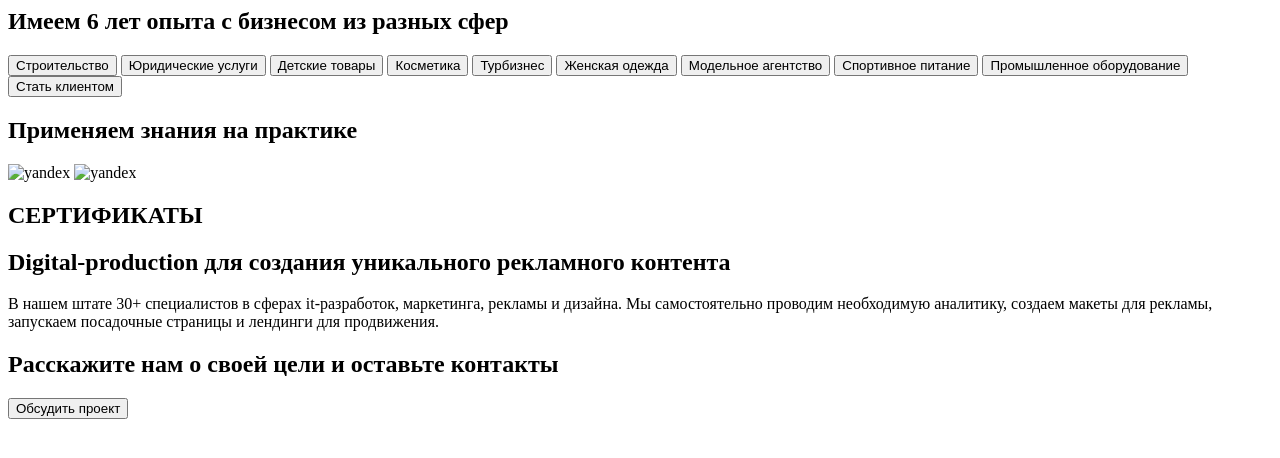
Repository: the-ASAP/AsapVerstka
Page: src/components/outro.html
An editor plug-in stored every save of this project. The page is shown before and after the next save, followed by the edit.
The browser window is 1280 px wide. The pictures show the whole page.

Above is the page before, as saved 2021-08-10 10:20:53.

After the next save:
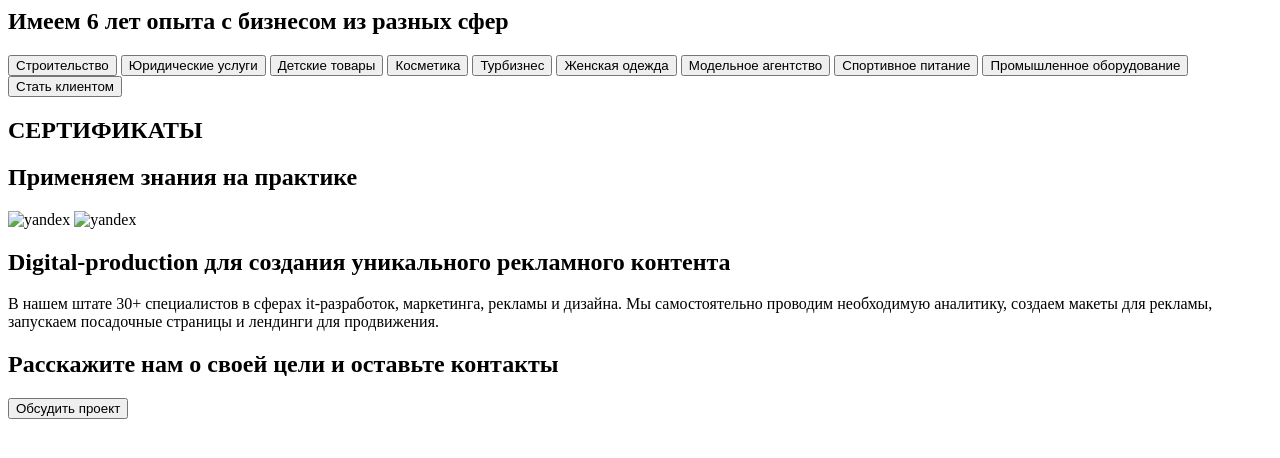
Saved 47 s later.
--- a/src/components/outro.html
+++ b/src/components/outro.html
@@ -36,6 +36,7 @@
         <button class="spheres__href">Стать клиентом</button>
     </div>
 
+    <h2 class="CarouselText">СЕРТИФИКАТЫ</h2>
     <div class="wrapper">
         <div class="certificates">
             <h2 class="certificates__title">Применяем знания на практике</h2>
@@ -43,7 +44,7 @@
                 <img src="img/yandex.png" alt="yandex" class="certificates__image_1" />
                 <img src="img/yandex.png" alt="yandex" class="certificates__image_2" />
             </div>
-            <h2 class="CarouselText">СЕРТИФИКАТЫ</h2>
+
         </div>
 
         <div class="content">

After the 2 saves that followed:
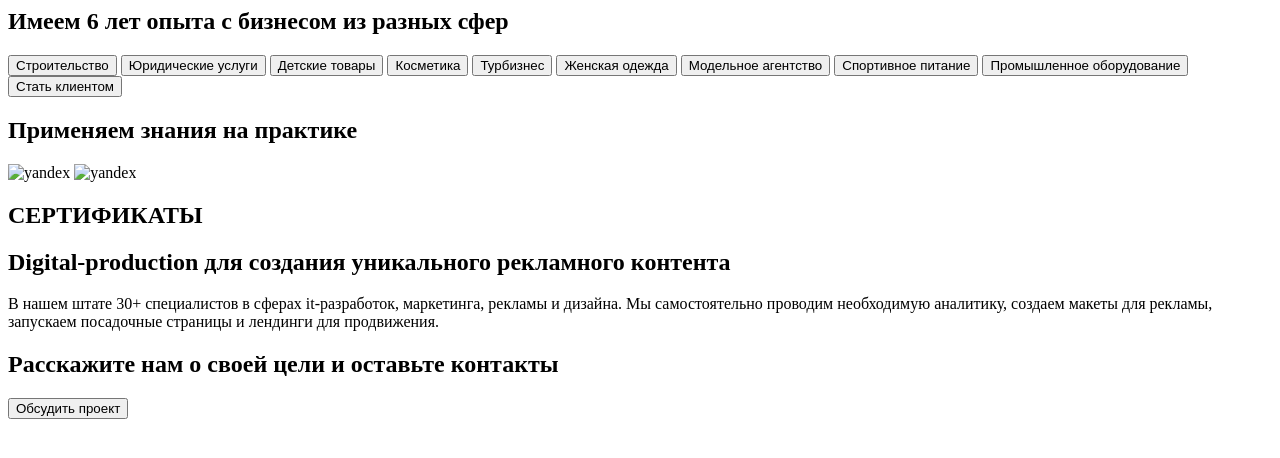
The 2 saves are shown as one change because 1 left the picture as it was.
The last was saved 35 s later.
--- a/src/components/outro.html
+++ b/src/components/outro.html
@@ -36,7 +36,7 @@
         <button class="spheres__href">Стать клиентом</button>
     </div>
 
-    <h2 class="CarouselText">СЕРТИФИКАТЫ</h2>
+
     <div class="wrapper">
         <div class="certificates">
             <h2 class="certificates__title">Применяем знания на практике</h2>
@@ -44,7 +44,7 @@
                 <img src="img/yandex.png" alt="yandex" class="certificates__image_1" />
                 <img src="img/yandex.png" alt="yandex" class="certificates__image_2" />
             </div>
-
+            <h2 class="certificates__text">СЕРТИФИКАТЫ</h2>
         </div>
 
         <div class="content">
